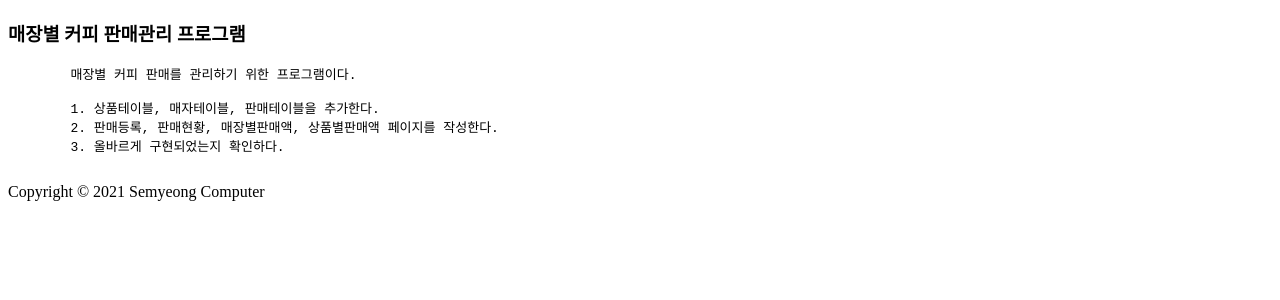
Repository: cmg0523/jsp
Page: http://localhost/Coffee_30626/
The author's editor kept a copy of each file at every save. The page is drawn from the files as they stood at one save, then again after the next save.
The browser window is 1280 px wide. The pictures show the whole page.
The page is served by Tomcat 9. Other server files are loaded and not shown.

Above is the page before, as saved 2021-08-17 08:12:20.

### coffeeManage/Coffee_30626/WebContent/index.jsp
<%@ page language="java" contentType="text/html; charset=UTF-8"
    pageEncoding="UTF-8"%>
<%@page import="java.sql.*" %>
<%@page import="DBPKG.Util" %>
<!DOCTYPE html>
<html>
<head>
<meta charset="UTF-8">
<title>Insert title here</title>
<title> 매장별 커피 판매관리 ver 1.0 </title>
<link rel="stylesheet" href="css.css"/>
</head>
<body>
	<jsp:include page="header.jsp"></jsp:include>

	<section>
	<section>
	<h3>매장별 커피 판매관리 프로그램</h3>
	<pre>
	매장별 커피 판매를 관리하기 위한 프로그램이다.

	1. 상품테이블, 매자테이블, 판매테이블을 추가한다.
	2. 판매등록, 판매현황, 매장별판매액, 상품별판매액 페이지를 작성한다.
	3. 올바르게 구현되었는지 확인하다.
	</pre>
	</section>
	</section>

	<jsp:include page="footer.jsp"></jsp:include>
</body>
</html>

### coffeeManage/Coffee_30626/WebContent/footer.jsp
<%@ page language="java" contentType="text/html; charset=UTF-8"
    pageEncoding="UTF-8"%>

<footer>
Copyright &copy; 2021 Semyeong Computer
</footer>

Loaded but not shown: coffeeManage/Coffee_30626/WebContent/header.jsp (common file); coffeeManage/Coffee_30626/WebContent/css.css (common file)

After the next save:
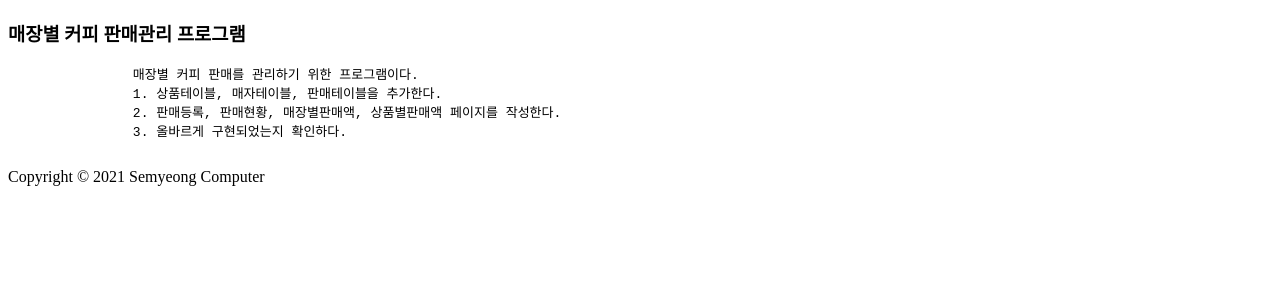
Saved 2 min 20 s later.
--- a/coffeeManage/Coffee_30626/WebContent/index.jsp
+++ b/coffeeManage/Coffee_30626/WebContent/index.jsp
@@ -1,31 +1,26 @@
 <%@ page language="java" contentType="text/html; charset=UTF-8"
-    pageEncoding="UTF-8"%>
-<%@page import="java.sql.*" %>
-<%@page import="DBPKG.Util" %>
+ pageEncoding="UTF-8"%>
+<%@page import="java.sql.*"%>
+<%@page import="DBPKG.Util"%>
 <!DOCTYPE html>
 <html>
 <head>
 <meta charset="UTF-8">
-<title>Insert title here</title>
-<title> 매장별 커피 판매관리 ver 1.0 </title>
-<link rel="stylesheet" href="css.css"/>
+<title>매장별 커피 판매관리</title>
+<link rel="stylesheet" href="css.css" />
+<style>.nav5{text-decoration:underline;}</style>
 </head>
 <body>
 	<jsp:include page="header.jsp"></jsp:include>
-
 	<section>
-	<section>
-	<h3>매장별 커피 판매관리 프로그램</h3>
-	<pre>
-	매장별 커피 판매를 관리하기 위한 프로그램이다.
-
-	1. 상품테이블, 매자테이블, 판매테이블을 추가한다.
-	2. 판매등록, 판매현황, 매장별판매액, 상품별판매액 페이지를 작성한다.
-	3. 올바르게 구현되었는지 확인하다.
-	</pre>
+		<h3>매장별 커피 판매관리 프로그램</h3>
+		<pre>
+		매장별 커피 판매를 관리하기 위한 프로그램이다.
+		1. 상품테이블, 매자테이블, 판매테이블을 추가한다.
+		2. 판매등록, 판매현황, 매장별판매액, 상품별판매액 페이지를 작성한다.
+		3. 올바르게 구현되었는지 확인하다.
+		</pre>
 	</section>
-	</section>
-
 	<jsp:include page="footer.jsp"></jsp:include>
 </body>
 </html>
